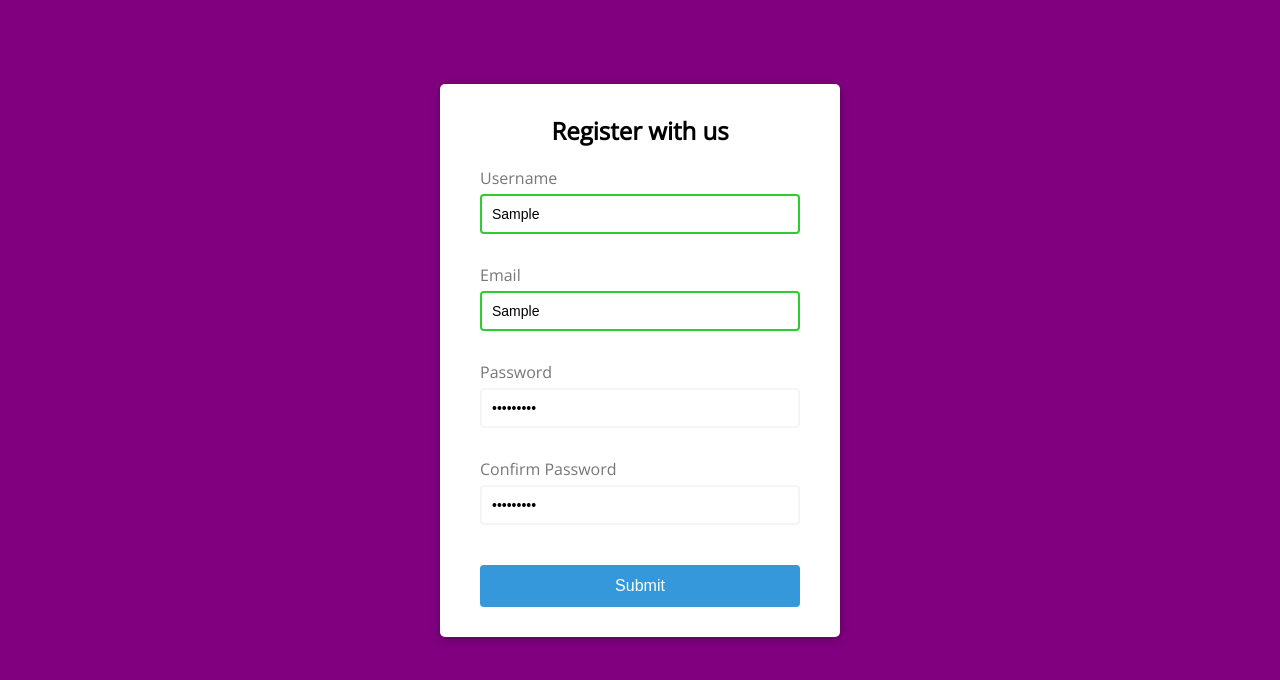
Repository: Azariagmt/Vanilla-javascript
Page: Form-Validator/index.html
An editor plug-in stored every save of this project. The page is shown before and after a run of saves, followed by the edit.
The browser window is 1280 px wide. The pictures show the whole page.
Empty fields were first filled with sample values (such as "Sample", 5 or name@example.com).
After loading, the first visible `#form` was submitted once.

Above is the page before, as saved 2020-04-21 12:35:07.

After the next 2 saves:
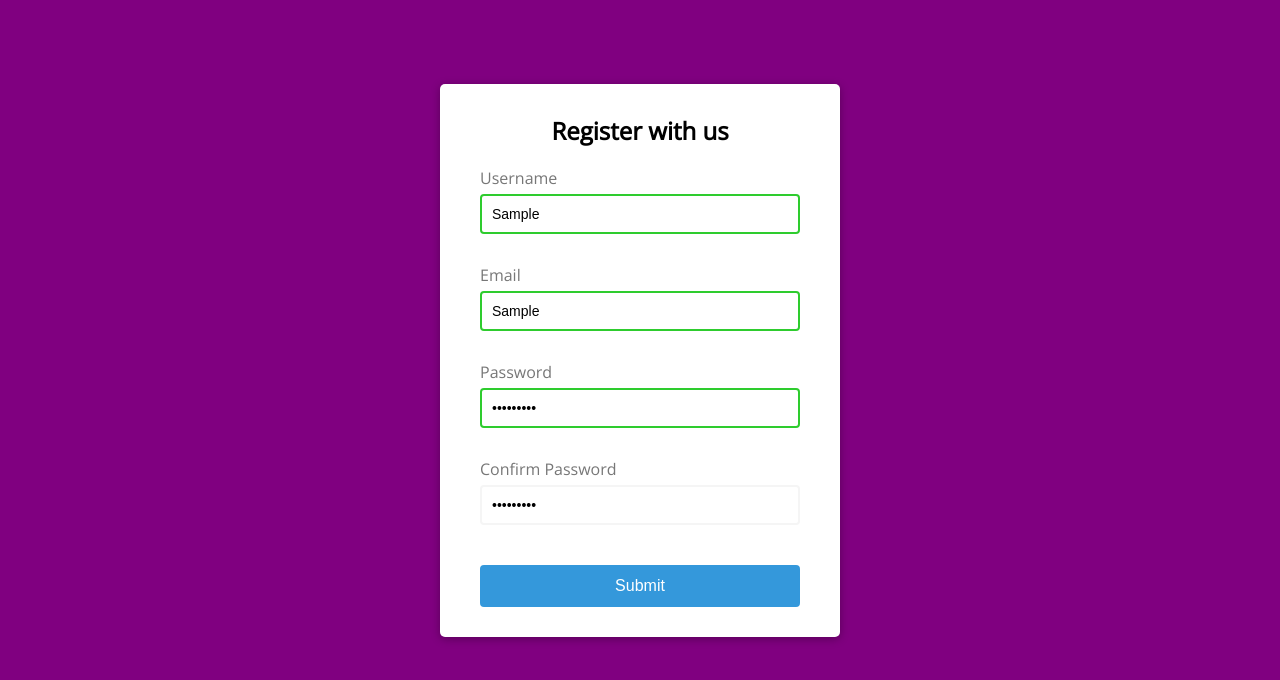
The 2 saves are shown as one change because they came seconds apart.
The last was saved 8 s later.
--- a/Form-Validator/script.js
+++ b/Form-Validator/script.js
@@ -33,9 +33,9 @@ form.addEventListener('submit', function(e){
     }
 
     if(password.value === ''){
-        showError(username,'Username is required');
+        showError(password,'password is required');
     }else{
-        showSuccess(username);
+        showSuccess(password);
     }
 
     if(password2.value === ''){
